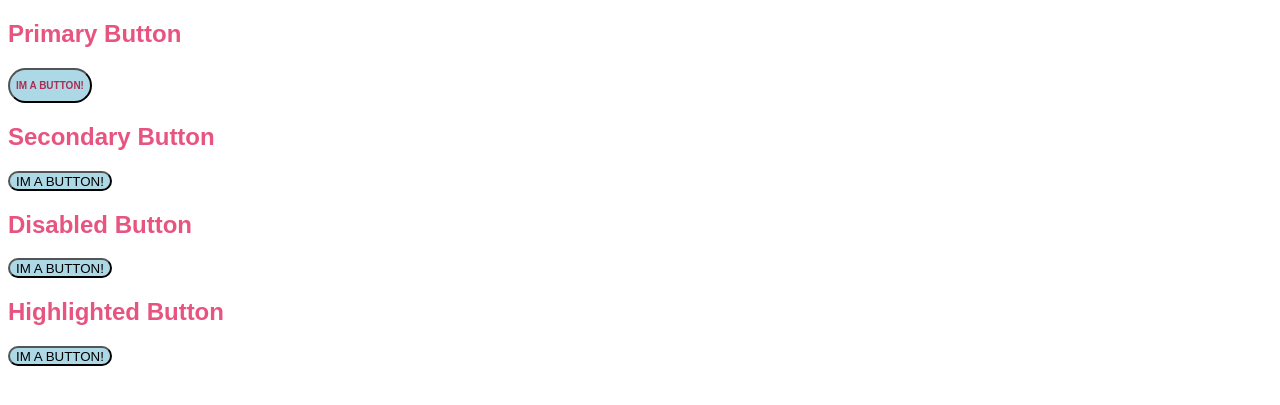
Repository: Jvien2/3126-repo
Page: index.html
The author's editor kept a copy of each file at every save. The page is drawn from the files as they stood at one save, then again after the next save.
The browser window is 1280 px wide. The pictures show the whole page.

Above is the page before, as saved 2026-10-01 01:04:52.
Not found: code.js

### index.html
<!DOCTYPE html>
<html lang="en">
<head>
    <meta charset="UTF-8">
    <meta name="viewport" content="width=device-width, initial-scale=1.0">
    <title>Assignment 1</title>
    <link rel="stylesheet" href="style.css">
    <script src="code.js" defer></script>
</head>
<body>
    <!-- regular button -->
    <!-- <h2>No Modifier</h2>
        <button class="btn">IM A BUTTON!</button> -->

    <!-- prmary -->
    <h2>Primary Button</h2>
        <button class="btn btn-primary">IM A BUTTON!</button>

    <!-- secondary -->
    <h2>Secondary Button</h2>
         <button class="btn btn-secondary">IM A BUTTON!</button>

    <!-- disabled -->
    <h2>Disabled Button</h2>
         <button class="btn btn-disabled">IM A BUTTON!</button>

    <!-- highlighted -->
    <h2>Highlighted Button</h2>
         <button class="btn btn-highlight">IM A BUTTON!</button>

</body>
</html>

### style.css
h2 {
    color: #e75480;
    font-family: Arial, Helvetica, sans-serif;
}

.btn {
    width: fit-content;
    height: 20px;
    border-radius: 20px;
    background-color: lightblue;

}

.btn-primary {
    color:#ab2e53;
    height: 35px;
    font-size: 10px;
    font-weight: bold;
}

After the next save:
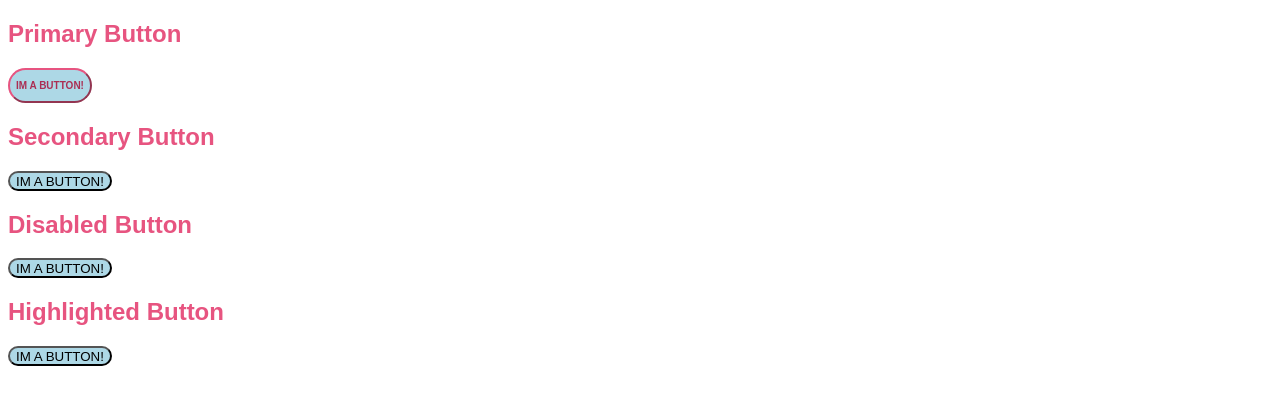
Saved 10 s later.
--- a/style.css
+++ b/style.css
@@ -16,4 +16,5 @@ h2 {
     height: 35px;
     font-size: 10px;
     font-weight: bold;
+    border-color: #e75480;
 }
